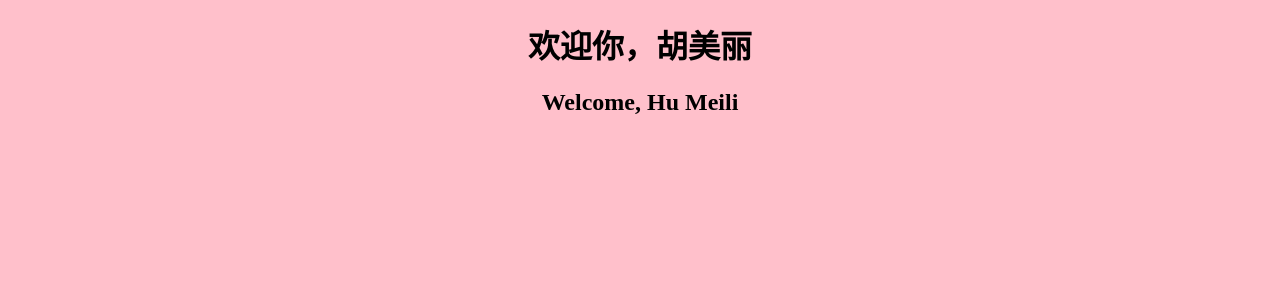
Repository: NanmeiYC/NanmeiYC.github.io
Page: zhuye.html
An editor plug-in stored every save of this project. The page is shown before and after a run of saves, followed by the edit.
The browser window is 1280 px wide. The pictures show the whole page.

Above is the page before, as saved 2021-05-28 23:45:19.

### zhuye.html
<!DOCTYPE html>
<html>
    <head>
        <meta charset="UTF-8">
        <title>欢迎我们美丽大方温柔善良的胡美丽</title>
    </head>
    <body bgcolor="pink">
            <div align="center" style="background-color: pink;" >
            <h1>欢迎你，胡美丽  </h1>
            <h2>Welcome, Hu Meili</h2>

        <table>
            <body>
                <tr align="center" cellpadding="10" width="1000" style="background-color: hotpink;">
                <th colspan="7" bgcolor="yellow> 仙女介绍</th>
                </tr>
            </body>
        </table>
    </body>
</html>

After the next 2 saves:
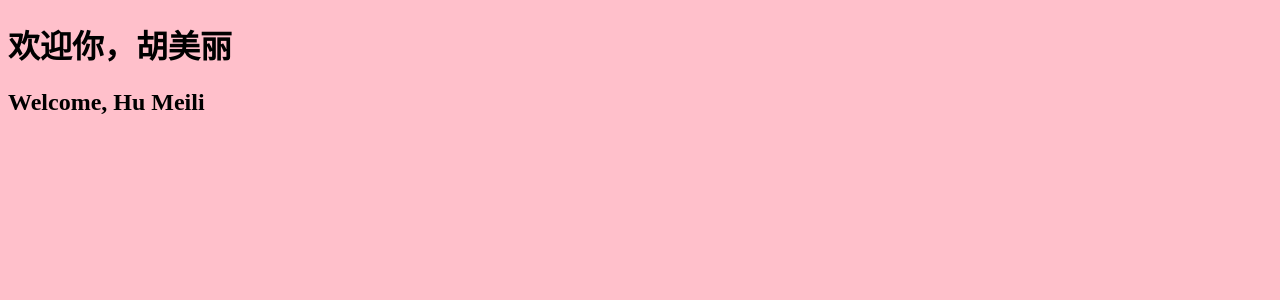
The 2 saves are shown as one change because they came seconds apart.
The last was saved 8 s later.
--- a/zhuye.html
+++ b/zhuye.html
@@ -5,10 +5,8 @@
         <title>欢迎我们美丽大方温柔善良的胡美丽</title>
     </head>
     <body bgcolor="pink">
-            <div align="center" style="background-color: pink;" >
             <h1>欢迎你，胡美丽  </h1>
             <h2>Welcome, Hu Meili</h2>
-
         <table>
             <body>
                 <tr align="center" cellpadding="10" width="1000" style="background-color: hotpink;">
